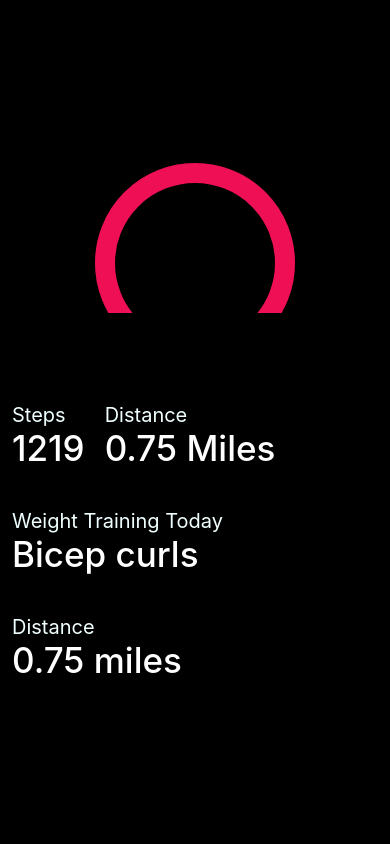
Repository: JamesPesenti/JiMTracker
Screen: /
These files come from the project's save history. The screen is drawn as it stood at one moment and after a run of saves; the edit follows.
The app was drawn by React Native's web renderer in a window 390 px wide. The project was rebuilt for these pictures with package versions that can differ from the ones it lists, and the page was loaded fresh each time.

Above is the screen before, as saved 2023-06-16 14:41:06.

### App.tsx
import { StatusBar } from 'expo-status-bar';
import { StyleSheet, Text, View } from 'react-native';
import Value from "./src/components/Value"
import RingProgress from './src/components/RingProgress';



export default function App() {
  return (
    <View style={styles.container}>
       <RingProgress />
       <View style={{flexDirection: "row", gap: 20}}>
          <Value label="Steps" value="1219" />
          <Value label="Distance" value="0.75 Miles" />
       </View>
          {/* Training */}
           <View>
              <Text style={styles.label}>Weight Training Today</Text>
              <Text style={styles.amount}>Bicep curls</Text>
           </View>

        <View style={{flexDirection: 'row'}}>
          {/* new */}
          <View>
              <Text style={styles.label}>Distance</Text>
              <Text style={styles.amount}>0.75 miles</Text>
          </View>
        </View>
      <StatusBar style="auto" />
    </View>
  );
}

const styles = StyleSheet.create({
  container: {
    flex: 1,
    backgroundColor: 'black',
    justifyContent: 'center',
    padding: 12,
    marginHorizontal: 0,
    gap: 40,
  },
  label: {
    color: "azure",
    fontSize: 20,
  },
  amount: {
    color: "white",
    fontSize: 35,
    fontWeight: "500"
  }
});

### src/components/Value.tsx
import { StyleSheet, Text, View } from 'react-native';

type ValueProps = {
  label: string;
  value: string;
}

const Value = ({ label, value }: ValueProps) => {
  return (
    <>
     <View>
      <Text style={styles.label}>{label}</Text>
      <Text style={styles.amount}>{value}</Text>
     </View>
    </>
  )
}

export default Value

const styles = StyleSheet.create({
   label: {
      color: "azure",
      fontSize: 20,
    },
    amount: {
      color: "white",
      fontSize: 35,
      fontWeight: "500"
    }
})

### src/components/RingProgress.tsx
import { StyleSheet, Text, View } from 'react-native'
import SVG, { Circle } from 'react-native-svg'

type RingProgressProps = {
   radius?: number;
   strokeWidth?: number;
}

const color = "#EE0F55"

const RingProgress = ({radius = 100, strokeWidth = 20}: RingProgressProps) => {

   const innerRadius = radius - strokeWidth / 2

  return (
    <View style={{ width: radius * 2, height: radius * 2, alignSelf: "center"}}>
      <SVG>
         <Circle
            cx={radius}
            cy={radius}
            r={innerRadius}
            strokeWidth={strokeWidth}
            stroke={color}
            opacity={0.3}
         />
         <Circle
            cx={radius}
            cy={radius}
            r={innerRadius}
            strokeWidth={strokeWidth}
            stroke={color}
            opacity={1}
         />
      </SVG>
    </View>
  )
}

export default RingProgress

const styles = StyleSheet.create({})

After the next 2 saves:
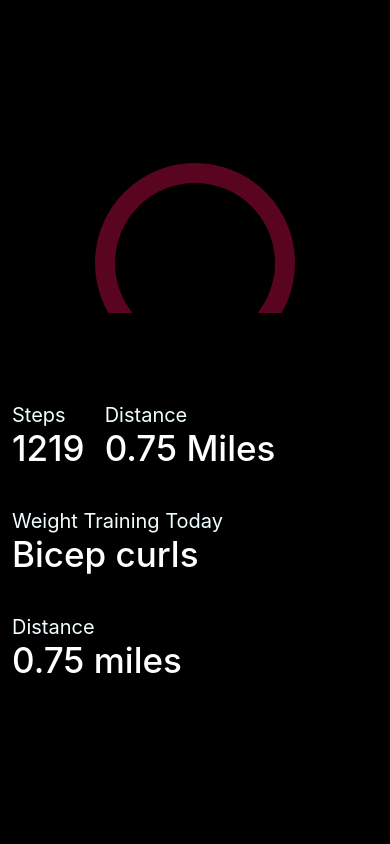
The 2 saves are shown as one change because they came seconds apart.
The last was saved 8 s later.
--- a/src/components/RingProgress.tsx
+++ b/src/components/RingProgress.tsx
@@ -29,7 +29,7 @@
             r={innerRadius}
             strokeWidth={strokeWidth}
             stroke={color}
-            opacity={1}
+            opacity={.1}
          />
       </SVG>
     </View>

After the save that followed:
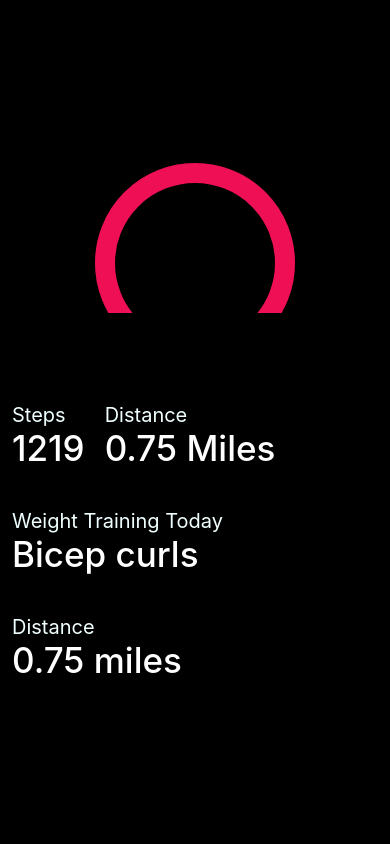
Saved 15 s later.
--- a/src/components/RingProgress.tsx
+++ b/src/components/RingProgress.tsx
@@ -29,7 +29,6 @@
             r={innerRadius}
             strokeWidth={strokeWidth}
             stroke={color}
-            opacity={.1}
          />
       </SVG>
     </View>
